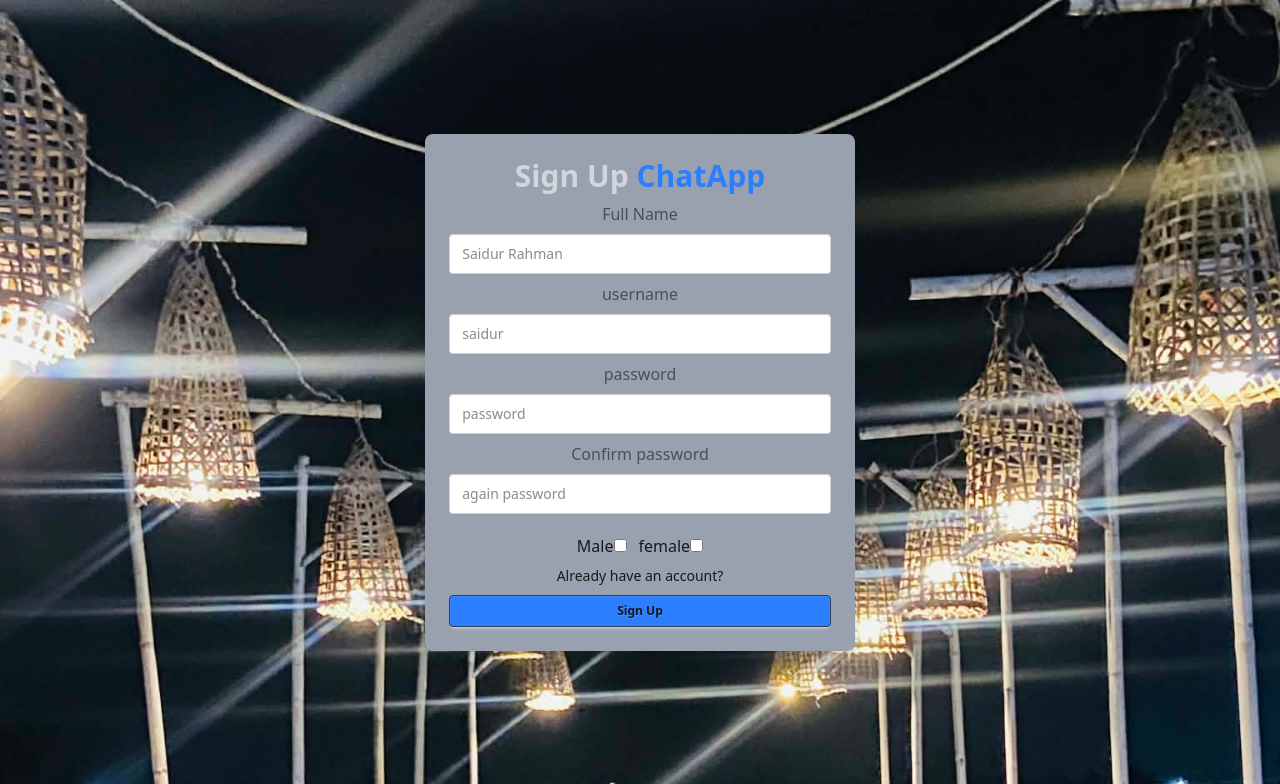
Repository: ridhukhan/chatapp
Page: /signup (app in frontend/)
An editor plug-in stored every save of this project. The page is shown before and after the next save, followed by the edit.
The browser window is 1280 px wide. The pictures show the whole page.
Backgrounds fixed to the window are drawn as part of the page. The project was rebuilt for these pictures with package versions that can differ from the ones it lists, and the page was loaded fresh each time. Also part of the build but not shown: frontend/vite.config.js, frontend/src/Components/sidebar/SearchInput.jsx, frontend/src/Components/sidebar/Conversation.jsx, frontend/src/Components/sidebar/Conversations.jsx, frontend/src/Components/sidebar/Logoutbtn.jsx, frontend/src/Components/sidebar/Sidebar.jsx, frontend/src/Components/messages/Message.jsx, frontend/src/Components/messages/Messages.jsx and 4 more.

Above is the page before, as saved 2025-12-26 12:02:32.

After the next save:
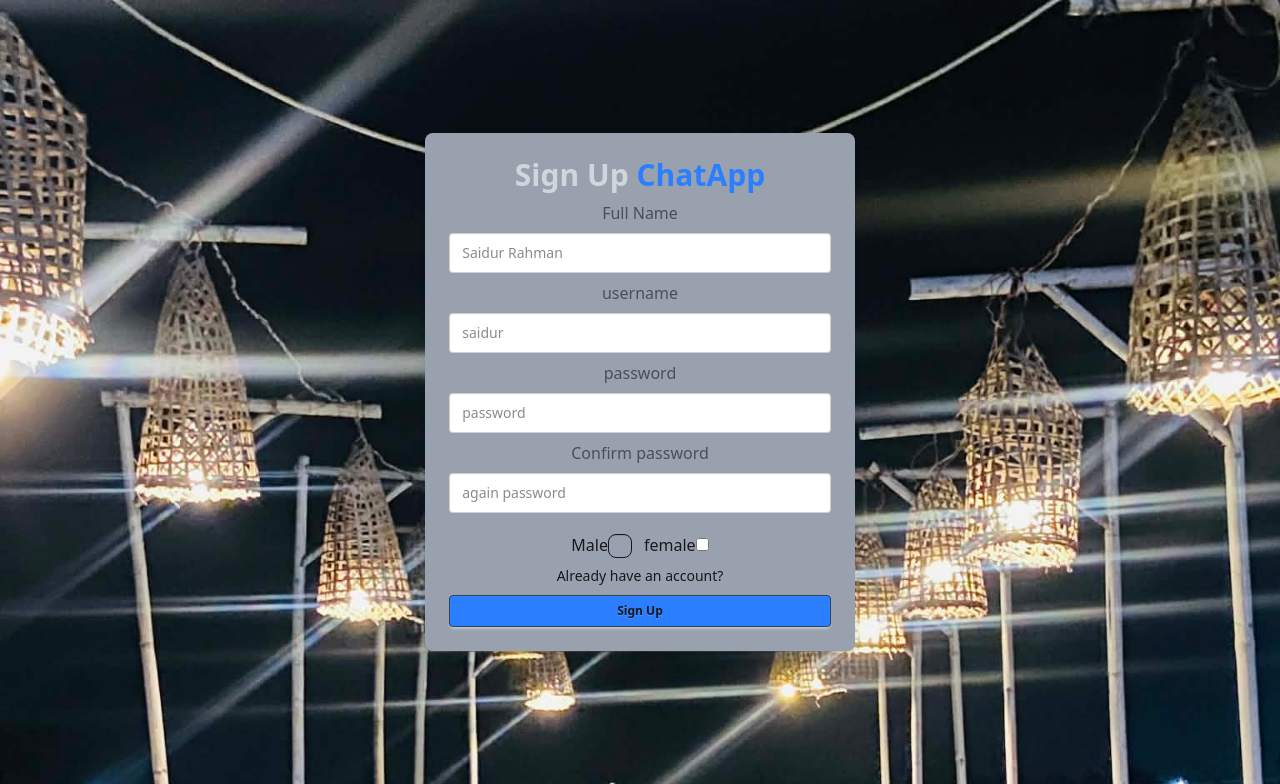
Saved 4 min 19 s later.
--- a/frontend/src/Pages/signup/GendarCheckbox.jsx
+++ b/frontend/src/Pages/signup/GendarCheckbox.jsx
@@ -9,7 +9,12 @@ const GendarCheckbox = ({onCheckboxChange,selectedGender}) => {
   <label>
     <span>Male</span>
   </label>
-  <input type="checkbox" />
+  <input type="checkbox"
+
+  className='checkbox border-slate-900'
+  checked={selectedGender==="male"}
+  onChange={()=>onCheckboxChange("male")}
+  />
 </div>
 <div>
 
